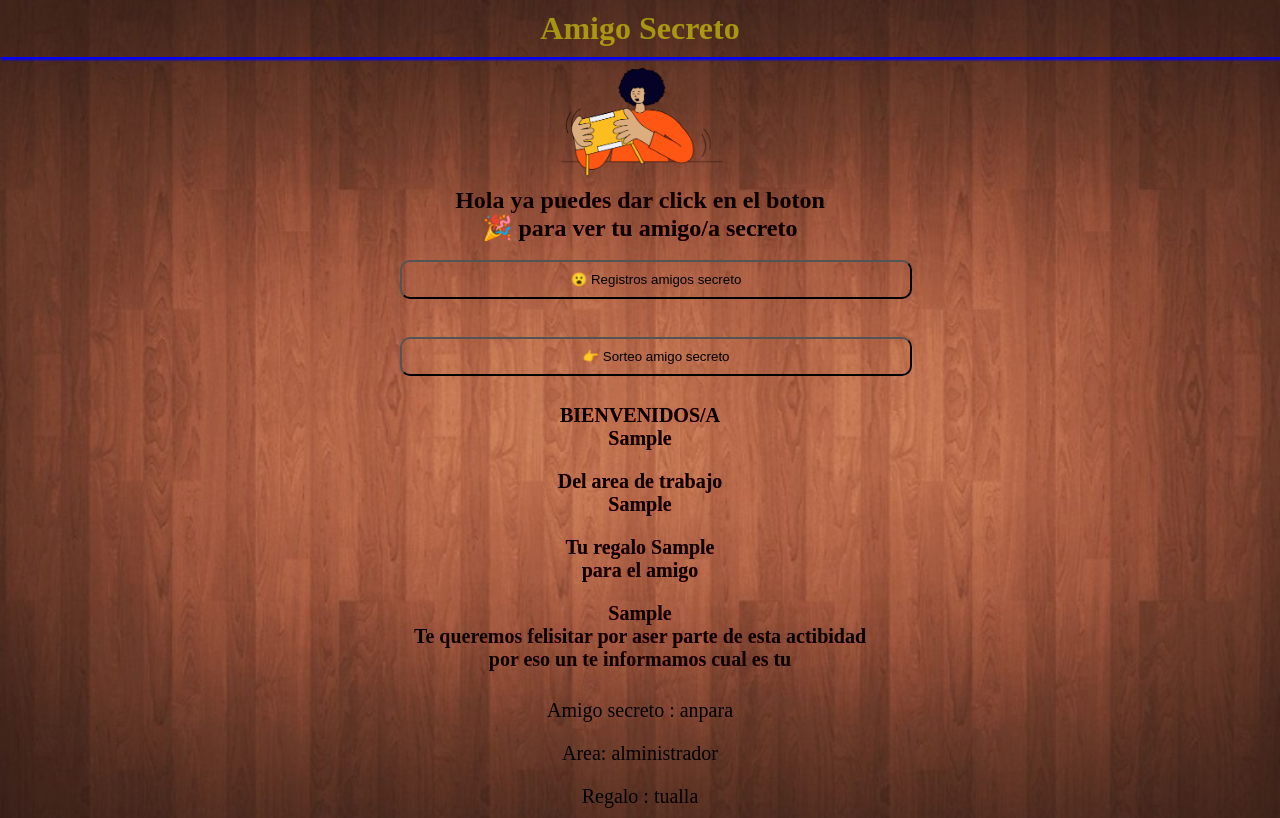
Repository: ye909/secreto
Page: index.html
The author's editor kept a copy of each file at every save. The page is drawn from the files as they stood at one save, then again after the next save.
The browser window is 1280 px wide. The pictures show the whole page.
Empty fields were first filled with sample values (such as "Sample", 5 or name@example.com).
After loading, the first visible `#formularioAmigo` was submitted once.
Backgrounds fixed to the window are drawn as part of the page.

Above is the page before, as saved 2025-01-25 09:49:48.

### index.html
<!DOCTYPE html>
<html lang="es">

<head>
    <meta charset="UTF-8">
    <meta name="viewport" content="width=device-width, initial-scale=1.0">
    <title>Amigo Secreto</title>
    <link rel="stylesheet" href="./css/style.css">

<body>
    <main class="main-content" id="main-content">
        <header class="header-banner">
            <h1 class="title">Amigo Secreto</h1>
            <img src="./imagenes/amigosecreto.png" alt="Imagen representativa de amigo secreto">
        </header>

        <section class="container" id="container">
            <h2 class="title">Formulario de amigos</h2>

            <form id="formularioAmigo" class="form-inputs">
                <label for="nombre">Nombre:</label><br>
                <input type="text" id="nombre" class="input-name" placeholder="Escribe su nombre"><br><br>

                <label for="areaTrabajo">Área de trabajo:</label><br>
                <input type="text" id="areaTrabajo" class="input-area" placeholder="Escribe el área de trabajo"><br><br>

                <label for="tipoRegalo">Tipo de regalo:</label><br>
                <input type="text" id="tipoRegalo" class="input-regalo" placeholder="Escribe el tipo de regalo"><br><br>
                <span id="mensaje"></span>
                <br>
                <button class="button-add" id="button-add">Añadir</button>
            </form>


        </section>




    </main>
    <div class="containerbtnsorteo" id="containerbtnsorteo">
        <h2>Hola ya puedes dar click en el boton <br>🎉 para ver tu amigo/a secreto </h2>
        <button id="verResgistrados">😮 Registros amigos secreto</button>
        <br><br>

        <button class="sorteo" id="sorteo"> 👉 Sorteo amigo secreto</button>

    </div>



    <div class="datos_amigo" id="datos_amigo">
        <h2 id="info_datos"></h2>

    </div>

    <script src="./js/amigos.js"></script>
    <script src="./js/script.js"></script>
    <script src=" https://cdn.jsdelivr.net/npm/canvas-confetti@1.9.3/dist/confetti.browser.min.js "> </script>
    </head>
</body>

</html>

### css/style.css
* {
    padding: 0%;
    margin: 0;
    transition: all;
  }
  html {
    background-image: url(../imagenes/fondocard.jpg);
    background-size: cover;
    background-repeat: no-repeat;
    background-attachment: fixed;
    width: 100%;
    height: 100%;
  }

  .main-content {
    text-align: center;
  }
  .header-banner img {
    width: 15%;
  }



  .container {
    margin: 2px auto;
      width: 30%;
      background-color: rgba(6, 6, 6, 0.4);
      border-radius: 10px;
      padding: 20px;
  /* display: none; */
  }
  input {
    width:60%;
    padding: 6px;
    border-radius: 10px;
    background: transparent;
    color: white;
  }
  input:hover {
    color: black;

  }

  button {
    background-color: transparent;
    width:65%;
    justify-content: center;
    padding: 7px;
    border-radius: 10px;
    margin: 10px;

  }
  button:hover{
      background: blue;
      border: none;
      box-shadow: blue 2px 2px 2px 3px, blue 2px 2px 2px 3px, blue 2px 3px 3px 3px,
        blue 2px 2px 2px 3px;
  transition: 2s;
  }

  h1{
    text-align: center;
  padding: 10px;
  box-shadow: blue 2px 2px 2px 1px;
  color:rgba(255, 255, 0, 0.501);
  }
  h2{
      background-image:linear-gradient(to left,green, red, rgb(248, 244, 7));
      -webkit-animation-fill-color:transparent ;
      -webkit-background-clip: text;
      background-clip: text;
      padding: 8px;
      font-weight: bold;
      text-align: center;

  }


  /* .datos_amigo {

      display: none
    } */
    /* .containerbtnsorteo{


      display:none;

    } */
    .containerbtnsorteo button{
      width: 40%;
    margin-left: 400px;
    padding: 10px;
    cursor: pointer;
    }
    p{
      font-size: 20px;
      text-align: center;
      padding: 10px;
    }
    span {
      font-size: 15px;
      color: red;
    }

### js/amigos.js
const amigos=[{
    nombre: "Juan",
    area:"logistica ",
    regalo:"zapatillas"

},
{
    nombre: "daniel",
      area:"recursos ",
      regalo:"reloj"
},
{
nombre:"anpara",
    area:"alministrador",
     regalo:"tualla"
},
{
    nombre: "Paola",
     area:"marketing ",
    regalo:"sudadera"
},
{
    nombre: "Pedro",
     area:"finansas",
    regalo:"libro"
}]

const verResgistrados=document.getElementById("verResgistrados")
verResgistrados.addEventListener("click",(e) =>{
 e.preventDefault()
console.log(amigos )

 })

function seleccionarAmigoAleatorio(amigos) {


    const indiceAleatorio = Math.floor(Math.random() * amigos.length);
      return amigos[indiceAleatorio];
    }

    const amigoSeleccionado = seleccionarAmigoAleatorio(amigos);



    const nombrealeatoria = document.createElement("p");
    nombrealeatoria .textContent = `Amigo secreto :  ${  amigoSeleccionado.nombre} `;

    const arealeatoria = document.createElement("p");
    arealeatoria .textContent = `Area:  ${amigoSeleccionado.area} `;

    const regaloaleatoria = document.createElement("p");
    regaloaleatoria .textContent = `Regalo : ${amigoSeleccionado.regalo} `;

    datos_amigo.appendChild(nombrealeatoria );
     datos_amigo.appendChild(arealeatoria );
       datos_amigo.appendChild( regaloaleatoria );

### js/script.js


const container = document.getElementById("container");
const containerbtnsorteo = document.getElementById("containerbtnsorteo");

 const formularioAmigo = document.getElementById("formularioAmigo");

 const datos_amigo =document.getElementById("datos_amigo")
const info_datos = document.getElementById("info_datos")
formularioAmigo.addEventListener("submit", (event) => {
  event.preventDefault(); // Evita que el formulario se envíe (si se trata de un formulario)


  const nombre = document.getElementById("nombre").value;
  const areaTrabajo = document.getElementById("areaTrabajo").value;
  const tipoRegalo = document.getElementById("tipoRegalo").value;
            // Crear un nuevo objeto amigo
            const nuevoAmigo = {
              nombre: nombre,
              area: areaTrabajo,
              regalo: tipoRegalo
          };

          // Añadir el nuevo amigo al array
          amigos.push(nuevoAmigo);


  if (nombre == "" ) {
    const mensaje = document.getElementById("mensaje");
    mensaje.innerHTML = "Por favor ingrese su nombre";


  }else{
    const titulo_data = document.createElement("p");
    titulo_data.innerHTML = ` BIENVENIDOS/A  <br> ${nombre}  `;
    info_datos.append(titulo_data);
    if (container) {
      container.style.display = "none";
      containerbtnsorteo.style.display = "inline";


    }
  }

  if (areaTrabajo) {

    const titulo_data = document.createElement("p");
    titulo_data.innerHTML = `Del area  de trabajo <br> ${areaTrabajo} `;
    info_datos.append(titulo_data);

   }
  if (tipoRegalo) {
  const Regalo = document.createElement("p");
  Regalo.innerHTML = `Tu regalo  ${tipoRegalo} <br> para el amigo  `;
  info_datos.append(Regalo);
;
  }
   if (nombre) {

    const titulo_data = document.createElement("p");
    titulo_data.innerHTML = ` ${nombre} <br> Te queremos felisitar por aser parte de esta actibidad <br>  por eso un te informamos cual es tu `;
    info_datos.append(titulo_data);

   }



//
// verResgistrados.addEventListener("click", () => {
//  datos_amigo.innerHTML=nuevoAmigo
//  alert(datos_amigo.nombre)
// } )

 });


 const sorteo = document.getElementById("sorteo");

 // Agrega un evento al hacer clic en el botón
 sorteo.addEventListener("click", () => {

 var end = Date.now() + (15 * 1000);

 // go Buckeyes!
 var colors = ['#bb0000', '#ffffff'];

 (function frame() {
   confetti({
     particleCount: 2,
     angle: 60,
     spread: 55,
     origin: { x: 0 },
     colors: colors
   });
   confetti({
     particleCount: 2,
     angle: 120,
     spread: 55,
     origin: { x: 1 },
     colors: colors
   });

   if (Date.now() < end) {
     requestAnimationFrame(frame);
   }
 }());
 datos_amigo.style.display = "inline";
 containerbtnsorteo.style.display = "none";
 });

After the next save:
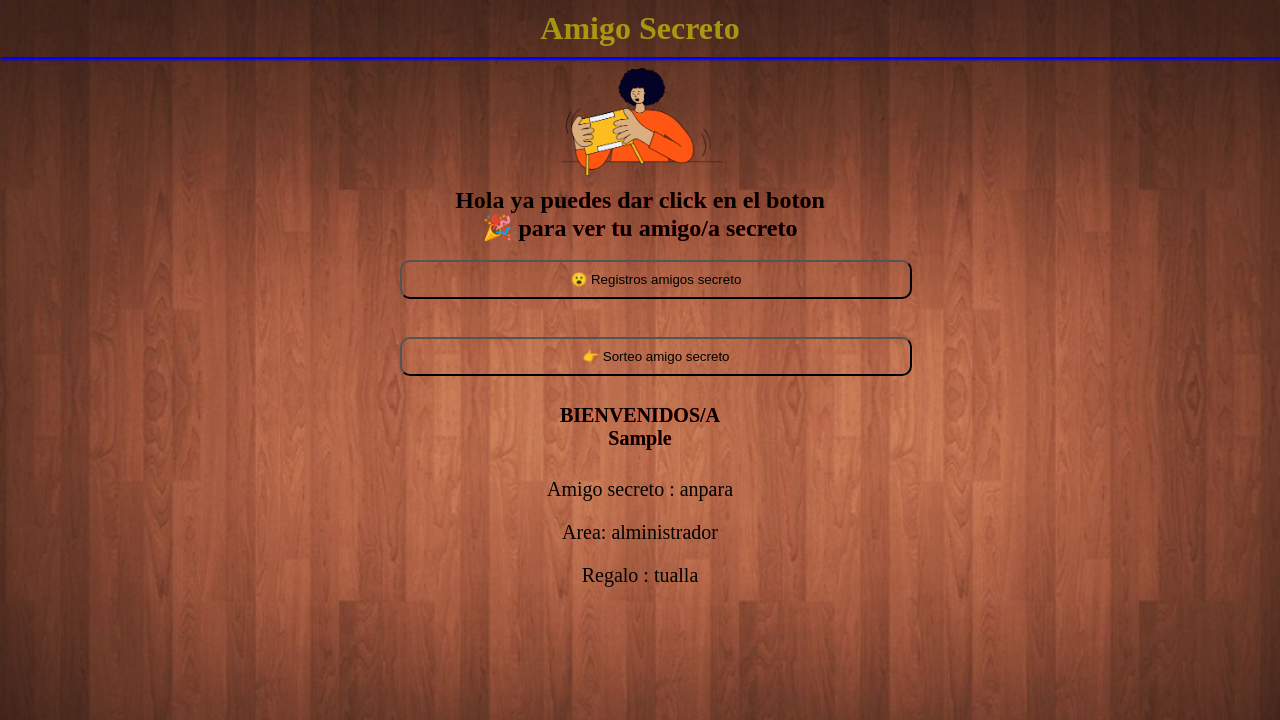
Saved 4 min 23 s later.
--- a/js/script.js
+++ b/js/script.js
@@ -42,26 +42,26 @@ formularioAmigo.addEventListener("submit", (event) => {
     }
   }
 
-  if (areaTrabajo) {
+//   if (areaTrabajo) {
 
-    const titulo_data = document.createElement("p");
-    titulo_data.innerHTML = `Del area  de trabajo <br> ${areaTrabajo} `;
-    info_datos.append(titulo_data);
+//     const titulo_data = document.createElement("p");
+//     titulo_data.innerHTML = `Del area  de trabajo <br> ${areaTrabajo} `;
+//     info_datos.append(titulo_data);
 
-   }
-  if (tipoRegalo) {
-  const Regalo = document.createElement("p");
-  Regalo.innerHTML = `Tu regalo  ${tipoRegalo} <br> para el amigo  `;
-  info_datos.append(Regalo);
-;
-  }
-   if (nombre) {
+//    }
+//   if (tipoRegalo) {
+//   const Regalo = document.createElement("p");
+//   Regalo.innerHTML = `Tu regalo  ${tipoRegalo} <br> para el amigo  `;
+//   info_datos.append(Regalo);
+// ;
+//   }
+//    if (nombre) {
 
-    const titulo_data = document.createElement("p");
-    titulo_data.innerHTML = ` ${nombre} <br> Te queremos felisitar por aser parte de esta actibidad <br>  por eso un te informamos cual es tu `;
-    info_datos.append(titulo_data);
+//     const titulo_data = document.createElement("p");
+//     titulo_data.innerHTML = ` ${nombre} <br> Te queremos felisitar por aser parte de esta actibidad <br>  por eso un te informamos cual es tu `;
+//     info_datos.append(titulo_data);
 
-   }
+//    }
 
 
 
